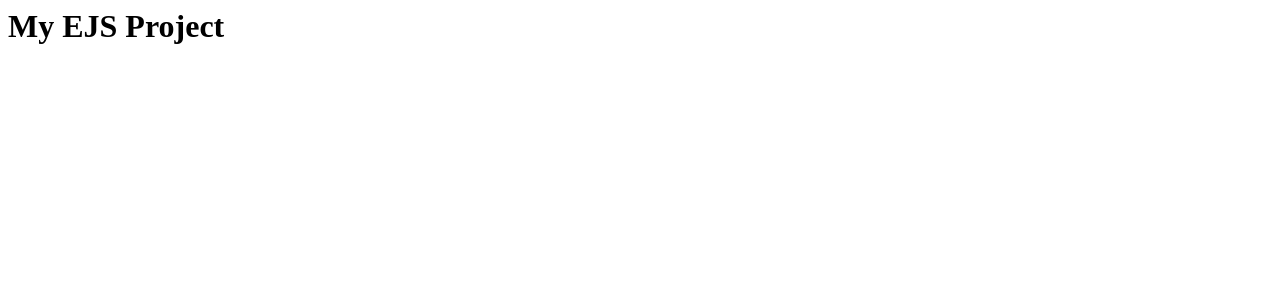
Repository: comp426-2023-spring/a99-SnowPile
Page: http://localhost/
An editor plug-in stored every save of this project. The page is shown before and after the next save, followed by the edit.
The browser window is 1280 px wide. The pictures show the whole page.
The page is served by the project's Node server (app.js).

Above is the page before, as saved 2023-04-15 19:29:06.

### frontend/views/index.ejs
<html>
<head>
  <title><%= title %></title>
</head>
<body>
  <h1><%= title %></h1>
</body>
</html>

### frontend/app.js
const express = require('express');
const app = express();

app.set('view engine', 'ejs');

app.get('/', function(req, res) {
  res.render('index', { title: 'My EJS Project' });
});

app.listen(3000, function() {
  console.log('App listening on port 3000!');
});

After the next save:
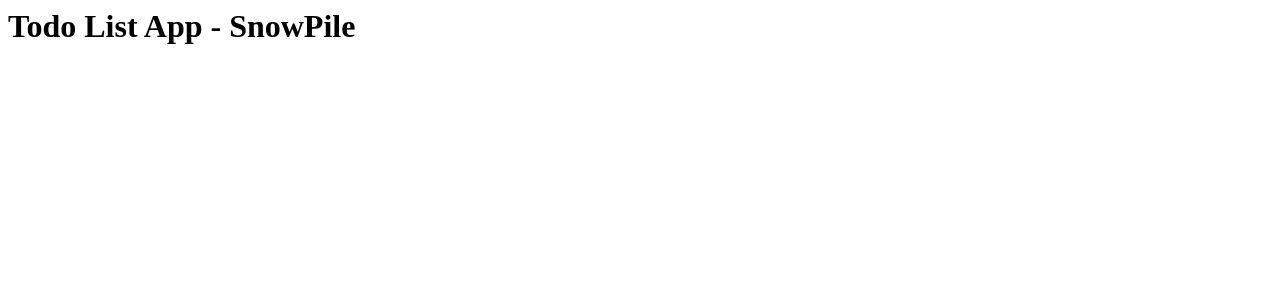
Saved 114 s later.
--- a/frontend/app.js
+++ b/frontend/app.js
@@ -4,7 +4,7 @@
 app.set('view engine', 'ejs');
 
 app.get('/', function(req, res) {
-  res.render('index', { title: 'My EJS Project' });
+  res.render('index', { title: 'Todo List App - SnowPile' });
 });
 
 app.listen(3000, function() {
